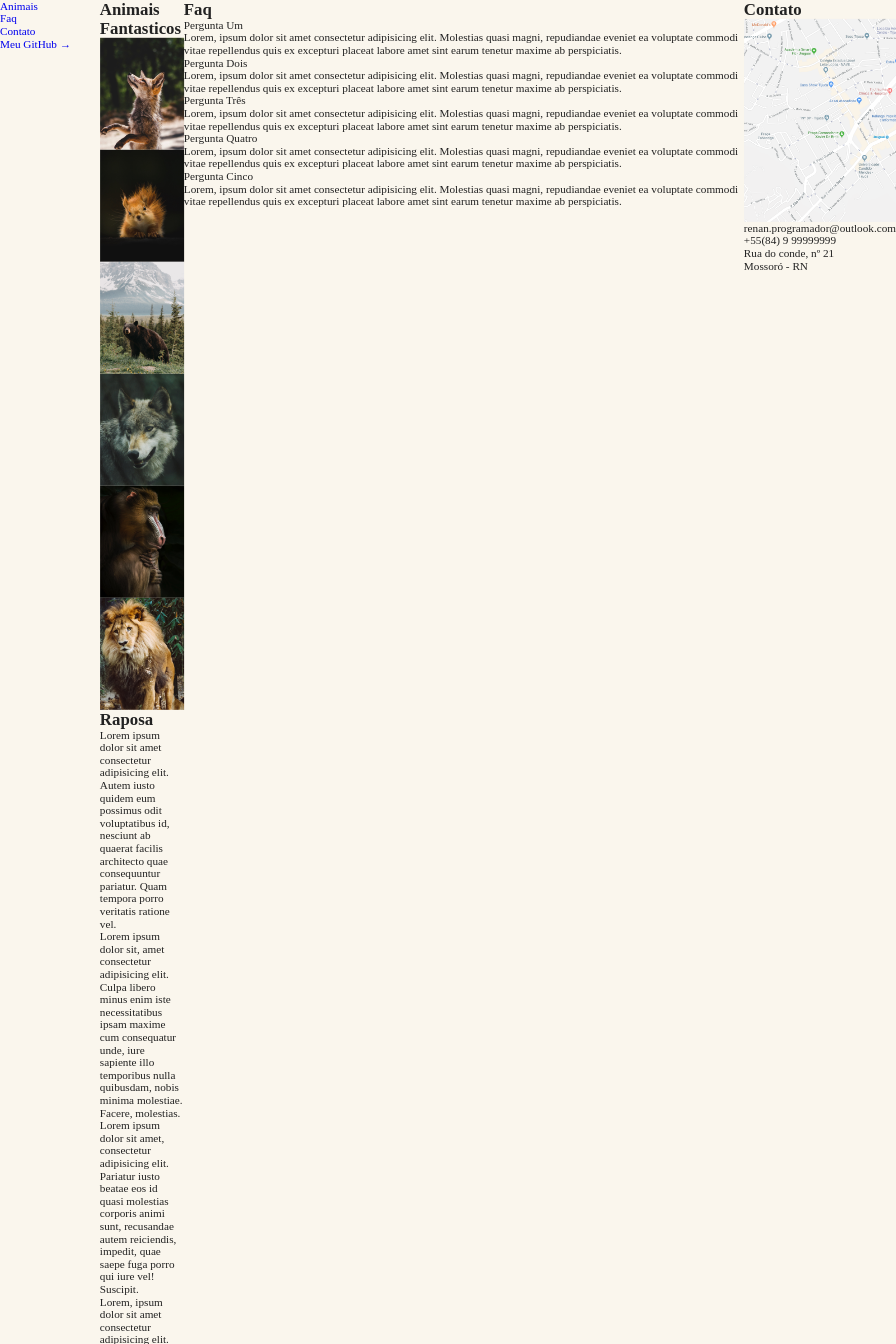
Repository: meiotera/animaisPagina
Page: index.html
An editor plug-in stored every save of this project. The page is shown before and after the next save, followed by the edit.
The browser window is 1280 px wide. The pictures show the part of the page from y = 0 to 1920 px (the page is 7908 px tall before and 5832 px after), at 70% of full size.

Above is the page before, as saved 2025-05-02 09:47:37.

After the next save:
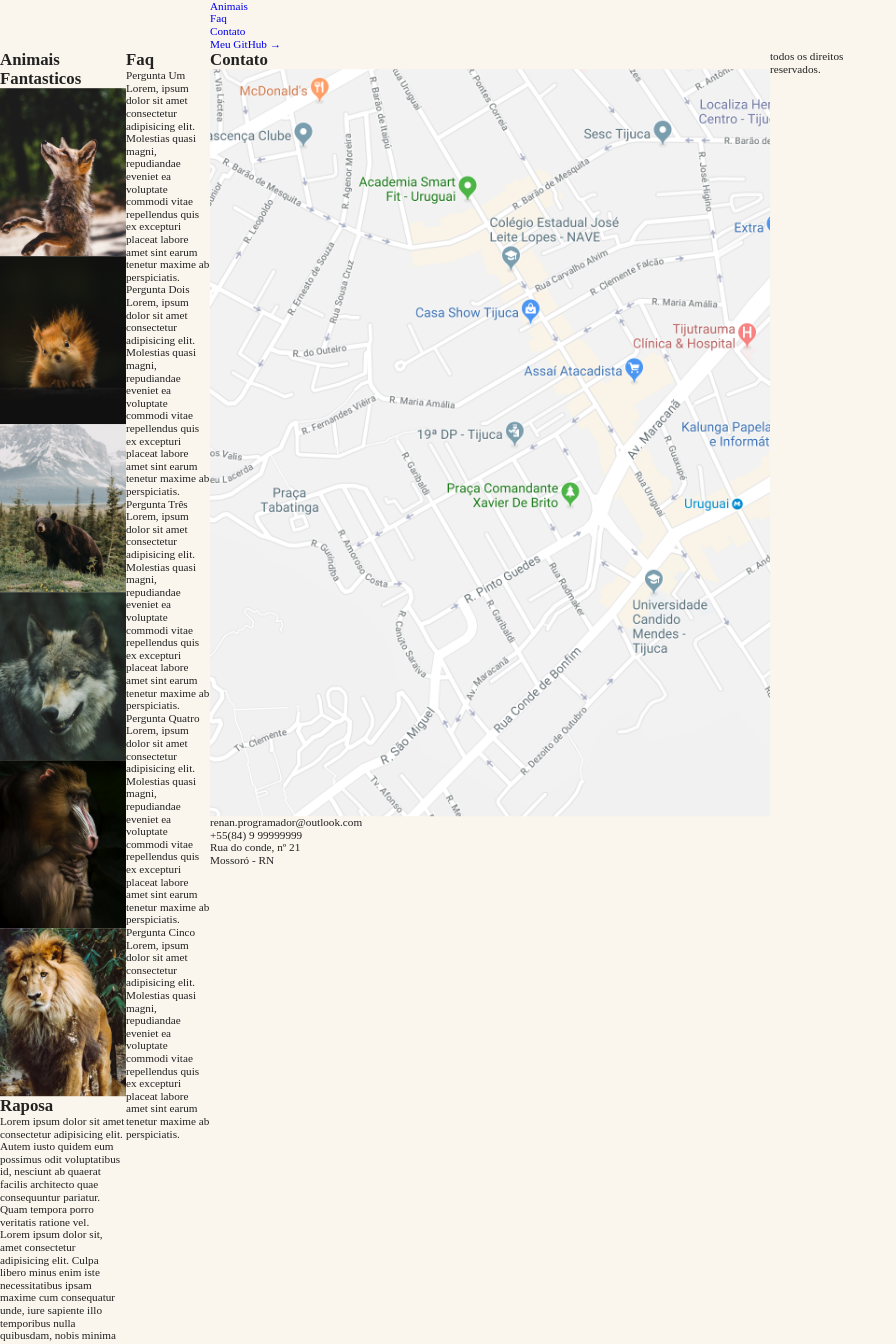
Saved 20 s later.
--- a/css/style.css
+++ b/css/style.css
@@ -27,3 +27,7 @@
   /* Colunas organizadas */
   grid-template-columns: 1fr 120px minmax(300px, 800px) 1fr;
 }
+
+.menu {
+  grid-column: 3/5;
+}
